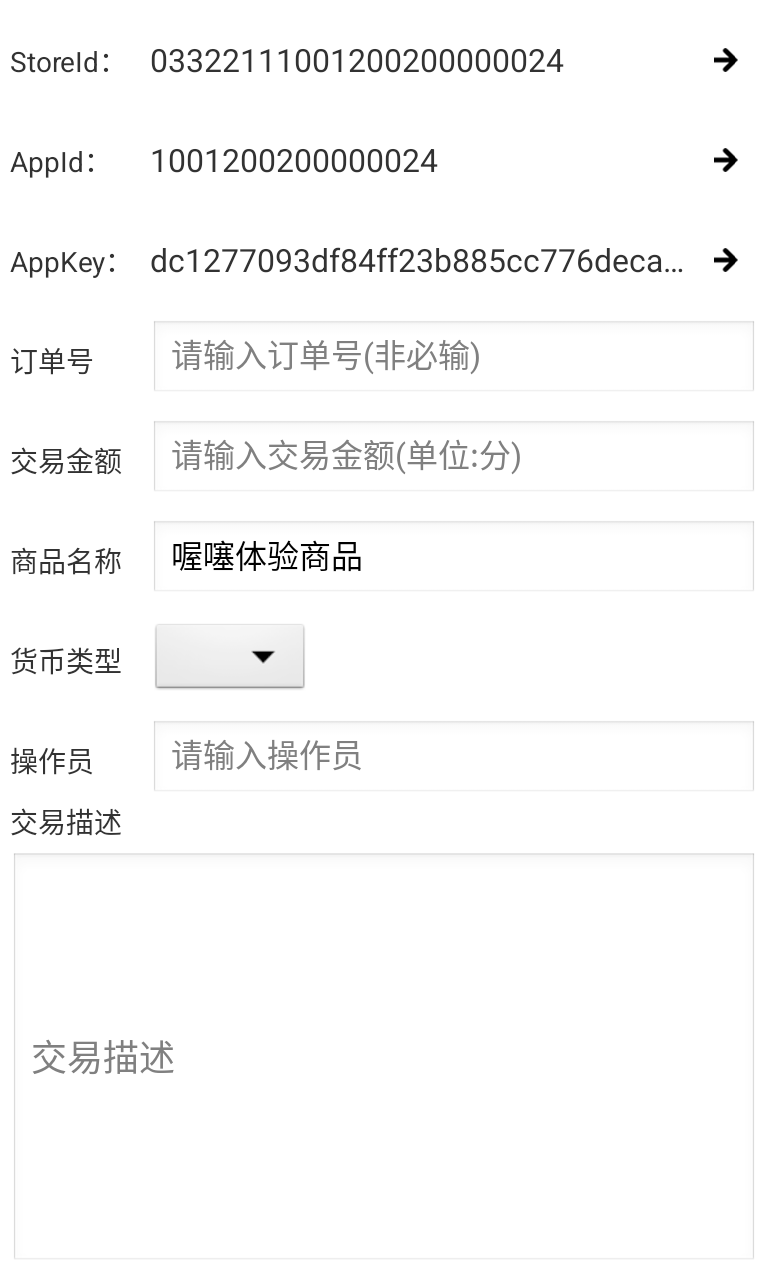
Repository: blanks1314/sysnc_android
Layout: UpayDemo/res/layout/fragment_setting.xml
The author's editor kept a copy of each file at every save. The layout is drawn from the files as they stood at one save, then again after the next save.
It is drawn on a 768 x 1280 px phone screen (xhdpi) without system bars, with theme AppTheme; the app's code is not run.

Above is the layout before, as saved 2015-04-28 05:58:11.

### UpayDemo/res/layout/fragment_setting.xml
<?xml version="1.0" encoding="utf-8"?>
<LinearLayout xmlns:android="http://schemas.android.com/apk/res/android"
    android:layout_width="match_parent"
    android:layout_height="match_parent"
    android:orientation="vertical" >

    <LinearLayout style="@style/linear_style_1" >

        <TextView
            android:layout_width="70dp"
            android:layout_height="wrap_content"
            android:text="@string/storeid_" />

        <TextView
            android:id="@+id/tv_storeId"
            style="@style/text_style_1"
            android:text="@string/_03322111001200200000024" />

        <ImageView
            style="@style/img_btn_1"
            android:src="@drawable/arrow_right" />
    </LinearLayout>

    <LinearLayout style="@style/linear_style_1" >

        <TextView
            android:layout_width="70dp"
            android:layout_height="wrap_content"
            android:text="@string/appid_" />

        <TextView
            android:id="@+id/tv_appId"
            style="@style/text_style_1"
            android:text="@string/_1001200200000024" />

        <ImageView
            style="@style/img_btn_1"
            android:src="@drawable/arrow_right" />
    </LinearLayout>

    <LinearLayout style="@style/linear_style_1" >

        <TextView
            android:layout_width="70dp"
            android:layout_height="wrap_content"
            android:text="@string/appkey_" />

        <TextView
            android:id="@+id/tv_appKey"
            style="@style/text_style_1"
            android:text="@string/dc1277093df84ff23b885cc776deca13"
            android:ellipsize="end"
            android:singleLine="true"/>

        <ImageView
            style="@style/img_btn_1"
            android:src="@drawable/arrow_right" />
    </LinearLayout>

    <LinearLayout style="@style/linear_style_1" >

        <TextView
            android:layout_width="70dp"
            android:layout_height="wrap_content"
            android:text="@string/_orderid" />

        <EditText
            android:id="@+id/tv_orderId"
            style="@style/edit_style_1"
            android:hint="@string/input_orderid"/>

    </LinearLayout>

    <LinearLayout style="@style/linear_style_1" >

        <TextView
            android:layout_width="70dp"
            android:layout_height="wrap_content"
            android:text="@string/amount" />

        <EditText
            android:id="@+id/tv_amount"
            style="@style/edit_style_1"
            android:hint="@string/input_amount"/>

    </LinearLayout>

    <LinearLayout style="@style/linear_style_1" >

        <TextView
            android:layout_width="70dp"
            android:layout_height="wrap_content"
            android:text="@string/subject" />

        <EditText
            android:id="@+id/tv_subject"
            style="@style/edit_style_1"
            android:text="@string/input_subject"/>

    </LinearLayout>

    <LinearLayout style="@style/linear_style_1" >

        <TextView
            android:layout_width="70dp"
            android:layout_height="wrap_content"
            android:text="@string/currtype" />

        <Spinner android:id="@+id/spn_currType"
            style="@style/spn_style_1"
            />

    </LinearLayout>

    <LinearLayout style="@style/linear_style_1" >

        <TextView
            android:layout_width="70dp"
            android:layout_height="wrap_content"
            android:text="@string/operator" />

        <EditText
            android:id="@+id/tv_operator"
            style="@style/edit_style_1"
            android:hint="@string/input_operator"/>

    </LinearLayout>


        <TextView
            android:layout_width="70dp"
            android:layout_height="wrap_content"
            android:layout_marginLeft="5dp"
            android:text="@string/remark" />

        <EditText
            android:id="@+id/tv_remark"
            android:layout_width="match_parent"
            android:height="0dp"
            android:layout_weight="1"
            android:layout_margin="5dp"
            android:hint="交易描述"/>





</LinearLayout>

### UpayDemo/res/values/styles.xml
<resources xmlns:android="http://schemas.android.com/apk/res/android">

    <!--
        Base application theme, dependent on API level. This theme is replaced
        by AppBaseTheme from res/values-vXX/styles.xml on newer devices.




    -->
    <style name="AppBaseTheme" parent="Theme.AppCompat.Light">
        <!--
            Theme customizations available in newer API levels can go in
            res/values-vXX/styles.xml, while customizations related to
            backward-compatibility can go here.




        -->
    </style>

    <!-- Application theme. -->
   <!--  <style name="AppTheme" parent="AppBaseTheme">
        All customizations that are NOT specific to a particular API-level can go here.
    </style> -->

    <style name="AppTheme" parent="Theme.AppCompat.Light">
        <item name="tabView">@style/TabView</item>
        <item name="tabPageIndicator">@style/TabIndicator</item>
    </style>

    <style name="TabIndicator" />

    <style name="TabView">
        <item name="android:addStatesFromChildren">true</item>
        <item name="android:orientation">vertical</item>
        <item name="android:gravity">bottom|center_horizontal</item>
        <item name="android:layout_width">0dp</item>
        <item name="android:background">@android:color/white</item>
        <item name="android:layout_height">match_parent</item>
    </style>

    <style name="text_style_1">
        <item name="android:textSize">16sp</item>
        <item name="android:layout_width">0dp</item>
        <item name="android:layout_weight">1</item>
        <item name="android:layout_height">fill_parent</item>
        <item name="android:gravity">center_vertical</item>
        <item name="android:ellipsize">marquee</item>
        <item name="android:singleLine">true</item>
    </style>
    <style name="edit_style_1">
        <item name="android:textSize">16sp</item>
        <item name="android:layout_width">0dp</item>
        <item name="android:layout_weight">1</item>
        <item name="android:layout_height">fill_parent</item>
        <item name="android:gravity">center_vertical</item>
    </style>

    <style name="spn_style_1">
        <item name="android:textSize">10sp</item>
        <item name="android:layout_width">wrap_content</item>
        <item name="android:layout_height">fill_parent</item>
    </style>

    <style name="linear_style_1">
        <item name="android:layout_width">match_parent</item>
        <item name="android:gravity">center_vertical</item>
        <item name="android:layout_height">40dp</item>
        <item name="android:orientation">horizontal</item>
        <item name="android:layout_marginLeft">5dp</item>
        <item name="android:layout_marginRight">5dp</item>
        <item name="android:layout_marginTop">10dp</item>
    </style>

    <style name="img_btn_1">
        <item name="android:layout_width">wrap_content</item>
        <item name="android:layout_height">wrap_content</item>
        <item name="android:padding">10dp</item>

    </style>

</resources>

### UpayDemo/res/values/attrs.xml
<?xml version="1.0" encoding="utf-8"?>
<resources>
    <declare-styleable name="TabView">
        <attr name="tabPageIndicator" format="reference" />
        <attr name="tabView" format="reference" />
    </declare-styleable>

    <string-array name="currTypes">
        <item >RMB(156)</item>
    </string-array>
</resources>

### UpayDemo/res/values/strings.xml
<?xml version="1.0" encoding="utf-8"?>
<resources>

    <string name="app_name">UpayDemo</string>
    <string name="hello_world">Hello world!</string>
    <string name="storeid_">StoreId：</string>
    <string name="_03322111001200200000024">03322111001200200000024</string>
    <string name="appid_">AppId：</string>
    <string name="_1001200200000024">1001200200000024</string>
    <string name="appkey_">AppKey：</string>
    <string name="dc1277093df84ff23b885cc776deca13">dc1277093df84ff23b885cc776deca13</string>
    <string name="_orderid">订单号</string>
    <string name="input_orderid">请输入订单号(非必输)</string>
    <string name="amount">交易金额</string>
    <string name="input_amount">请输入交易金额(单位:分)</string>
    <string name="subject">商品名称</string>
    <string name="input_subject">喔噻体验商品</string>
    <string name="currtype">货币类型</string>
    <string name="operator">操作员</string>
    <string name="input_operator">请输入操作员</string>
    <string name="remark">交易描述</string>
    <string name="input_remark">请输入交易描述</string>

</resources>

Loaded but not shown: UpayDemo/res/values-v11/styles.xml (common file); UpayDemo/res/values-v14/styles.xml (common file); UpayDemo/res/values/values.xml (657 lines, source omitted)

After the next save:
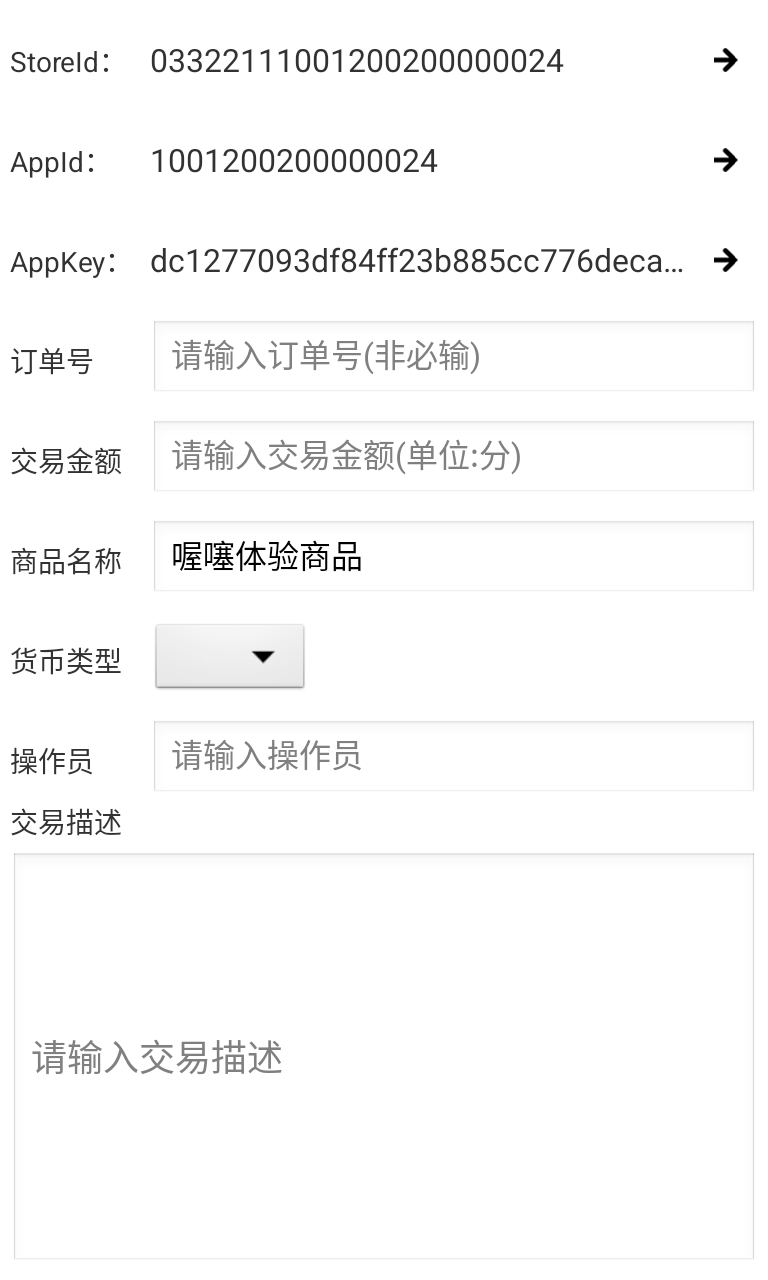
Saved 1 s later.
--- a/UpayDemo/res/layout/fragment_setting.xml
+++ b/UpayDemo/res/layout/fragment_setting.xml
@@ -139,7 +139,7 @@
             android:height="0dp"
             android:layout_weight="1"
             android:layout_margin="5dp"
-            android:hint="交易描述"/>
+            android:hint="@string/input_remark"/>
 
 
 
